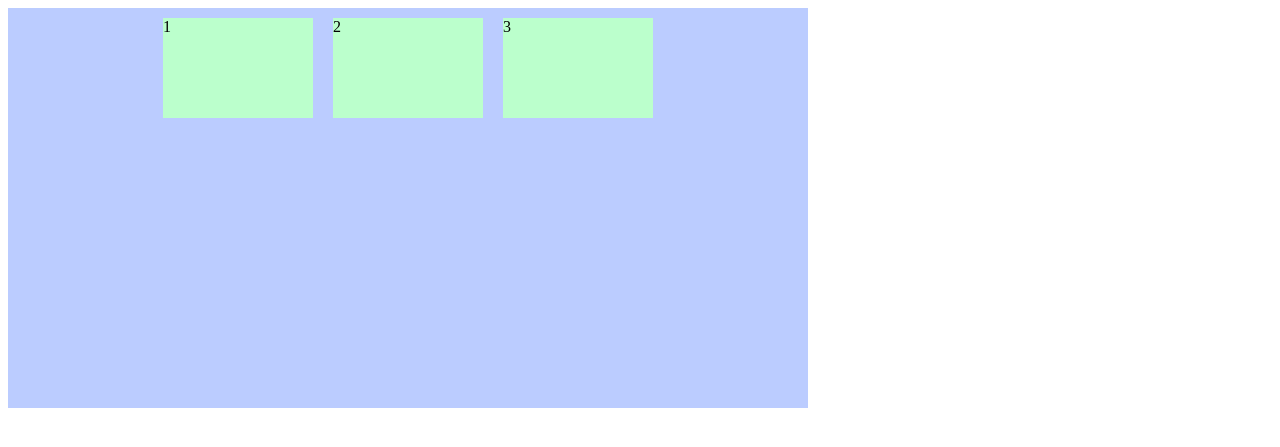
Repository: liutian97/learn1
Page: 移动端web开发/代码/2. Flex 伸缩布局/06-flex设置侧轴上的子元素排列方式.html
The author's editor kept a copy of each file at every save. The page is drawn from the files as they stood at one save, then again after the next save.
The browser window is 1280 px wide. The pictures show the whole page.

Above is the page before, as saved 2022-07-02 17:02:31.

After the next save:
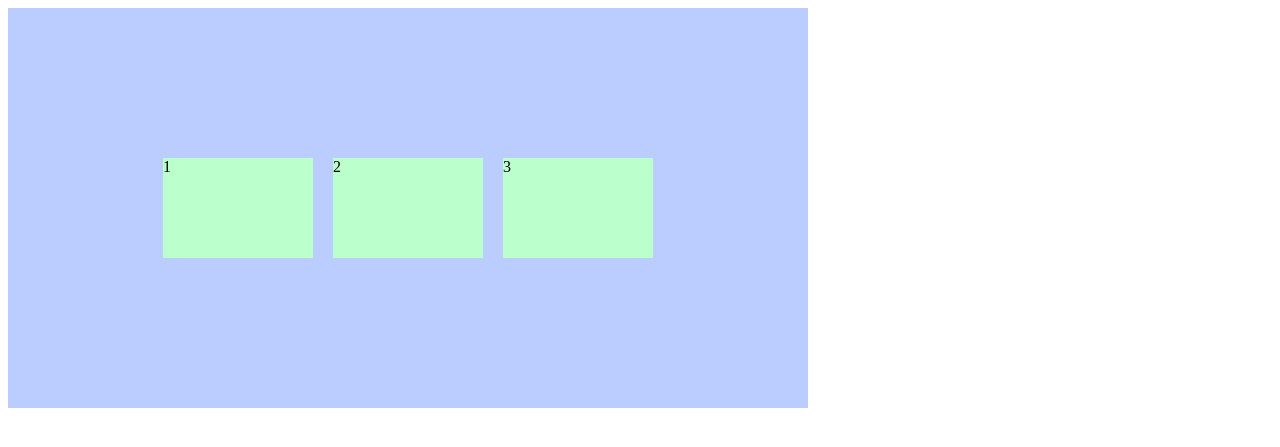
Saved 8 s later.
--- a/移动端web开发/代码/2. Flex 伸缩布局/06-flex设置侧轴上的子元素排列方式.html
+++ b/移动端web开发/代码/2. Flex 伸缩布局/06-flex设置侧轴上的子元素排列方式.html
@@ -17,7 +17,7 @@
       /*  justify-content: 设置主轴上子元素的排列方式 */
       justify-content: center;
       /* () */
-      align
+      align-items: center;
       aligin-item: center;
     }
 
